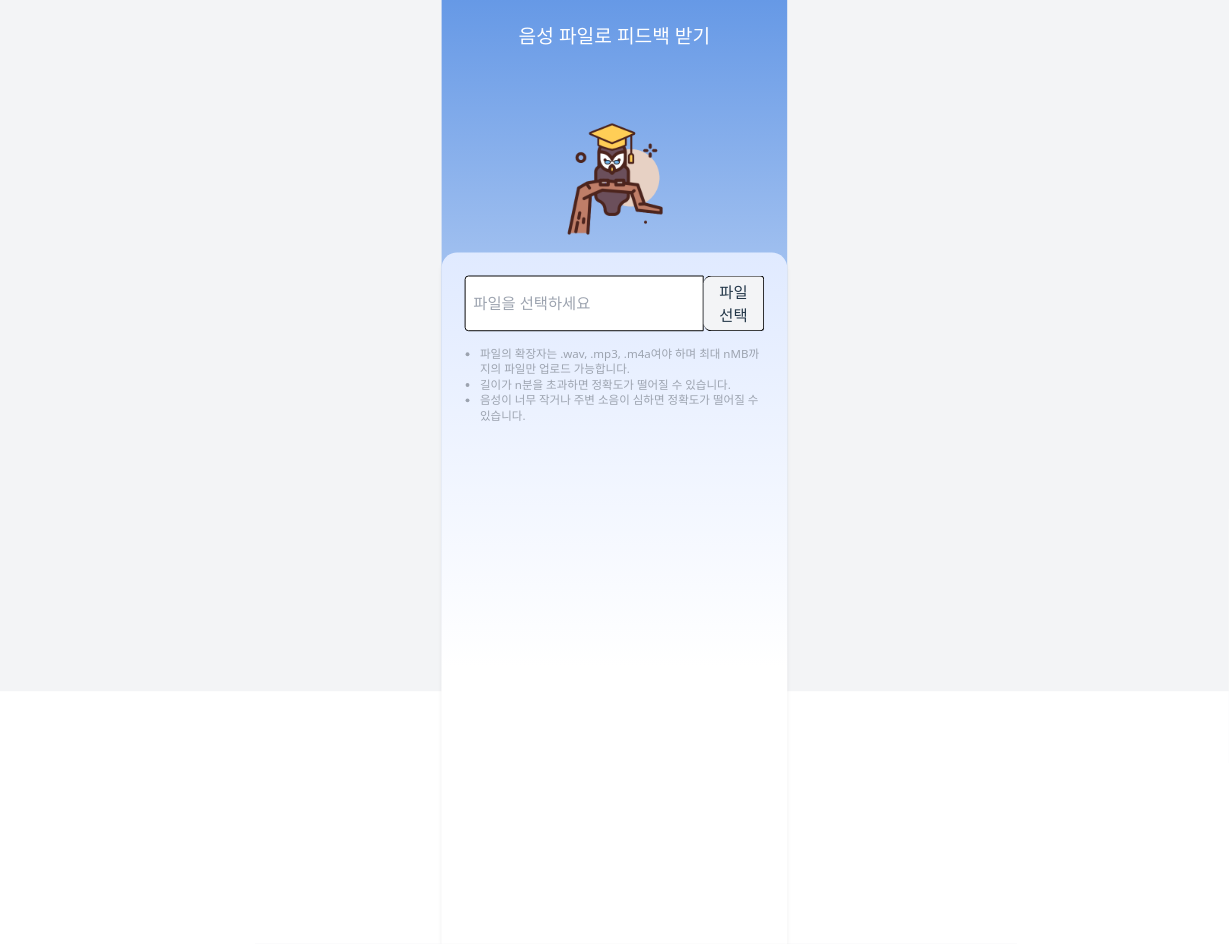
Repository: yurim1205/mini_front
Page: /file (app in frontend/)
The author's editor kept a copy of each file at every save. The page is drawn from the files as they stood at one save, then again after the next save.
The browser window is 1280 px wide. The pictures show the whole page, at 96% of full size.
The project was rebuilt for these pictures with package versions that can differ from the ones it lists, and the page was loaded fresh each time. Also part of the build but not shown: frontend/vite.config.js, frontend/src/components/common/Button.jsx, frontend/src/components/buttons/fileFeedbackBtn.jsx, frontend/src/components/buttons/rec_FeedbackBtn.jsx, frontend/src/pages/home.jsx, frontend/src/pages/recordFeedback.jsx.

Above is the page before, as saved 2025-05-14 09:47:24.

### frontend/src/App.jsx
import { BrowserRouter, Routes, Route } from 'react-router-dom';
import Home from './pages/home';
import FileFeedback from './pages/fileFeedback';
import RecordFeedback from './pages/recordFeedback';

function App() {
  return (
    <BrowserRouter>
      <Routes>
        <Route path="/" element={<Home />} />
        <Route path="/file" element={<FileFeedback />} />
        <Route path="/record" element={<RecordFeedback />} />
      </Routes>
    </BrowserRouter>
  );
}

export default App;

### frontend/src/pages/fileFeedback.jsx
import React from "react";
import { useNavigate } from "react-router-dom";
import owlImg from "../assets/img/owl.png"; // 부엉이 이미지 경로에 맞게 수정

function FileFeedback() {
  const navigate = useNavigate();

  return (
    <div className="w-screen h-screen flex justify-center items-center bg-gray-100">
      <div
        className="relative h-screen flex flex-col items-center max-w-[360px] w-full"
        style={{
          background: "linear-gradient(to bottom, #6699E6 0%, #fff 100%)"
        }}
      >
        <div className="flex items-center w-full px-4 pt-6">
          {/* <button onClick={() => navigate(-1)} className="text-2xl mr-2">{'←'}</button> */}
          <span className="text-xl font-semibold mx-auto text-white">음성 파일로 피드백 받기</span>
        </div>

        <img
          src={owlImg}
          alt="owl"
          className="w-32 mx-auto mt-16 "
        />

        <div
          className="rounded-t-2xl rounded-b-none shadow-md w-full px-6 py-6 mt-2 flex flex-col items-center min-h-screen"
          style={{
            background: "linear-gradient(to bottom, #e0eaff 0%, #fff 60%)"
          }}
        >
          {/* 파일 업로드 부분 */}
          <div className="flex w-full mb-4">
            <input
              type="text"
              className="border border-black rounded-l px-2 py-1 flex-1"
              placeholder="파일을 선택하세요"
              readOnly
            />
            <button className="border border-black border-l-0 rounded-r px-4 py-1 bg-gray-100">
              파일 선택
            </button>
          </div>
          <ul className="text-xs text-gray-400 w-full list-disc pl-4">
            <li>파일의 확장자는 .wav, .mp3, .m4a여야 하며 최대 nMB까지의 파일만 업로드 가능합니다.</li>
            <li>길이가 n분을 초과하면 정확도가 떨어질 수 있습니다.</li>
            <li>음성이 너무 작거나 주변 소음이 심하면 정확도가 떨어질 수 있습니다.</li>
          </ul>
        </div>
      </div>
    </div>
  );
}

export default FileFeedback;

### frontend/tailwind.config.js
/** @type {import('tailwindcss').Config} */
export default {
    content: [
      "./index.html",
      "./src/**/*.{js,ts,jsx,tsx}",
    ],
    theme: {
      extend: {
        colors:{
          'main-top': '#6699E6',
          'main-bottom': '#0A27E5',
        }
      },
    },
    plugins: [],
  }

Loaded but not shown: frontend/index.html (common file); frontend/src/main.jsx (common file); frontend/src/index.css (common file)

After the next save:
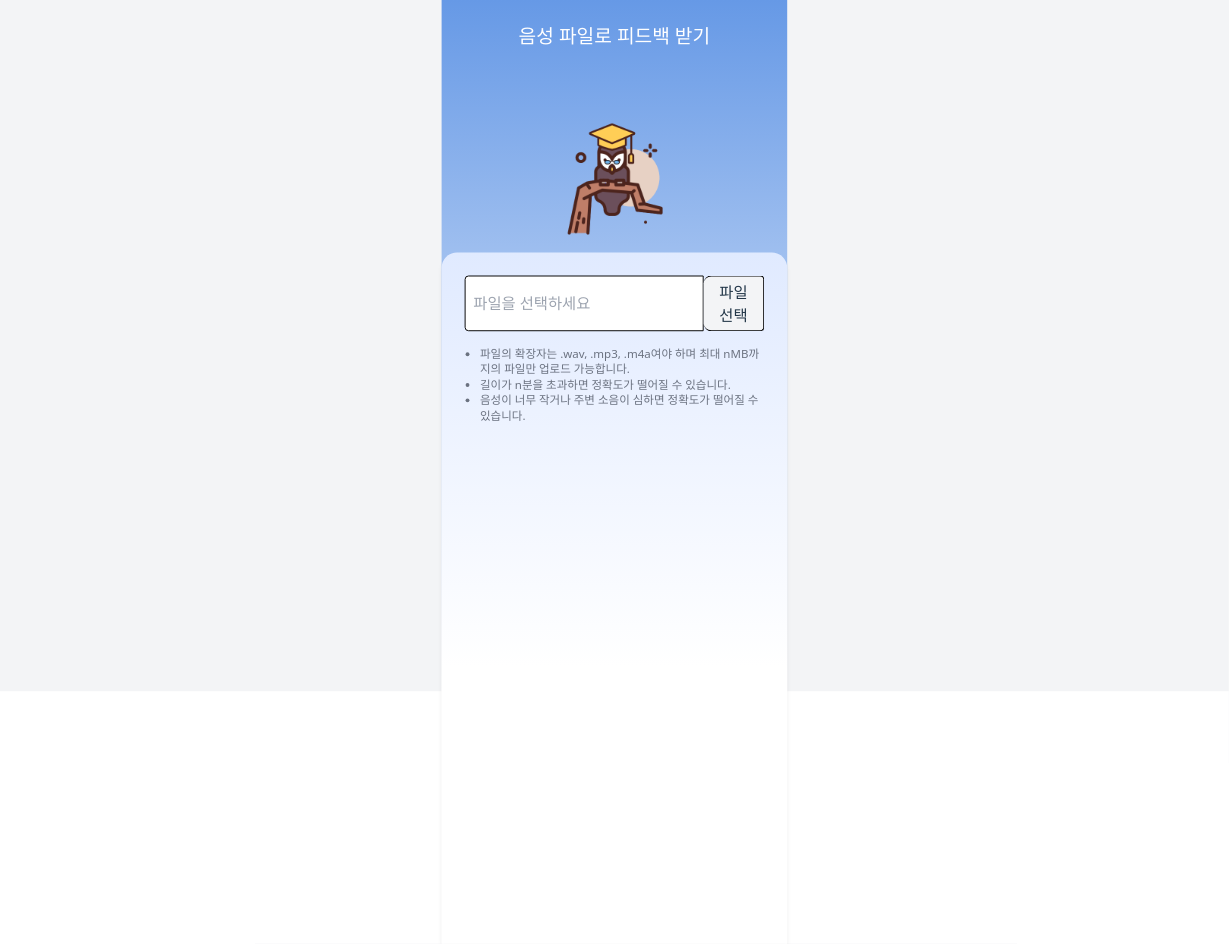
Saved 6 s later.
--- a/frontend/src/pages/fileFeedback.jsx
+++ b/frontend/src/pages/fileFeedback.jsx
@@ -42,7 +42,7 @@
               파일 선택
             </button>
           </div>
-          <ul className="text-xs text-gray-400 w-full list-disc pl-4">
+          <ul className="text-xs text-gray-500 w-full list-disc pl-4">
             <li>파일의 확장자는 .wav, .mp3, .m4a여야 하며 최대 nMB까지의 파일만 업로드 가능합니다.</li>
             <li>길이가 n분을 초과하면 정확도가 떨어질 수 있습니다.</li>
             <li>음성이 너무 작거나 주변 소음이 심하면 정확도가 떨어질 수 있습니다.</li>
